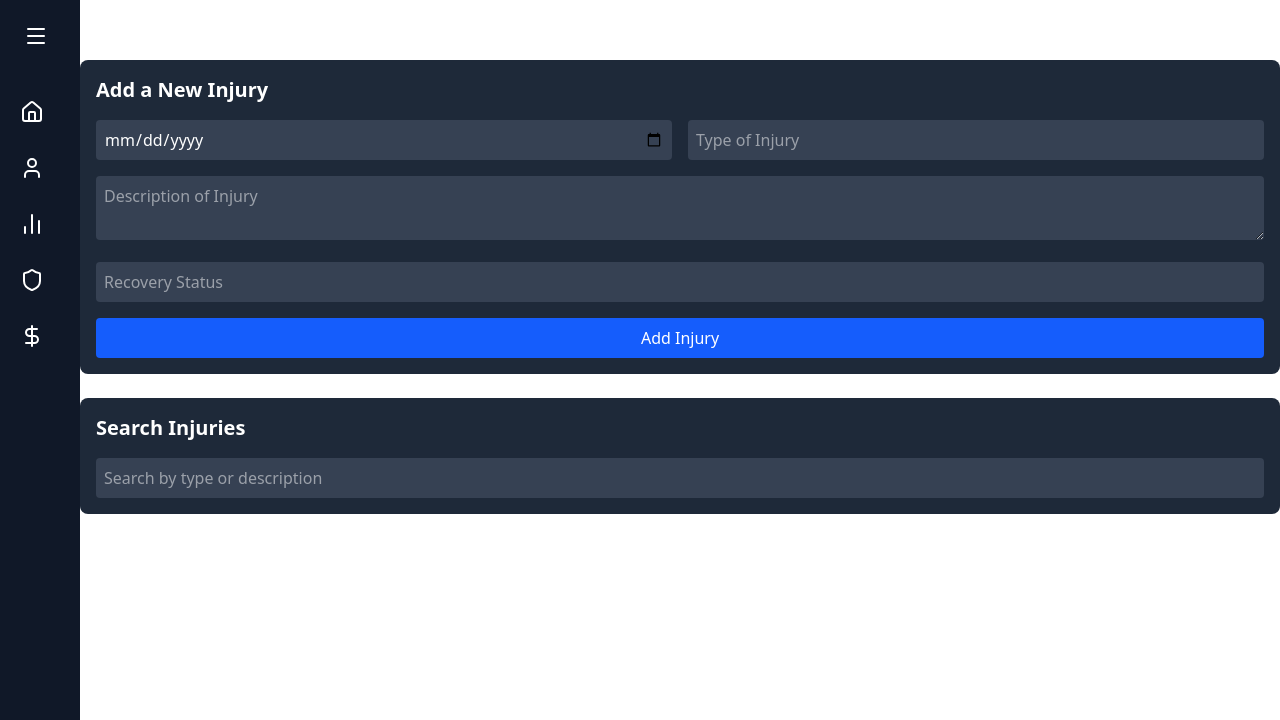
Repository: Shovon0004/Athlete
Page: /medical (app in Athlete/)
An editor plug-in stored every save of this project. The page is shown before and after the next save, followed by the edit.
The browser window is 1280 px wide. The pictures show the whole page.
The project was rebuilt for these pictures with package versions that can differ from the ones it lists, and the page was loaded fresh each time. Also part of the build but not shown: Athlete/vite.config.js, Athlete/src/components/FinanceActions.jsx, Athlete/src/components/EditableFinanceDashboard.jsx, Athlete/src/components/News.jsx, Athlete/src/components/SportsPage.jsx, Athlete/src/components/HeroPage.jsx.

Above is the page before, as saved 2025-01-28 22:14:00.

### Athlete/index.html
<!doctype html>
<html lang="en">
  <head>
    <meta charset="UTF-8" />
    <link rel="icon" type="image/svg+xml" href="/12.png" />
    <meta name="viewport" content="width=device-width, initial-scale=1.0" />
    <title>Khiladi.co</title>
  </head>
  <body>
    <div id="root"></div>
    <script type="module" src="/src/main.jsx"></script>
  </body>
</html>

### Athlete/src/App.jsx
import React from 'react';
import { BrowserRouter as Router, Route, Routes } from 'react-router-dom';
import SideNavbar from './components/SideNavbar';
import EditableFinanceDashboard from './components/EditableFinanceDashboard';
import HeroPage from './components/HeroPage';
import Medical from './components/Medical';

const App = () => {
  return (
    <Router>
      <div className="flex">
        <SideNavbar />

        <div className="ml-20 flex-grow ">
          <Routes>
            <Route path="/" element={<HeroPage />} />
            <Route path="/financial" element={<EditableFinanceDashboard />} />
            <Route path="/medical" element={<Medical />} />

            {/* Add other routes as needed */}
          </Routes>
        </div>
      </div>
    </Router>
  );
};

export default App;

### Athlete/src/components/SideNavbar.jsx
import React, { useState } from 'react';
import {
  Home,
  User,
  BarChart2,
  Shield,
  DollarSign,
  Menu
} from 'lucide-react';

const SideNavbar = () => {
  const [isExpanded, setIsExpanded] = useState(false);

  const navItems = [
    { icon: Home, label: 'Dashboard', href: '/' },
    { icon: User, label: 'Athletes', href: '/athletes' },
    { icon: BarChart2, label: 'Performance', href: '/performance' },
    { icon: Shield, label: 'Injuries', href: '/Medical' },
    { icon: DollarSign, label: 'Financial', href: '/financial' }
  ];

  return (
    <div
      className={`h-screen bg-gray-900 text-white transition-all duration-300
        ${isExpanded ? 'w-64' : 'w-20'} fixed left-0 top-0 z-50`}
    >
      <div className="flex flex-col h-full">
        {/* Logo & Toggle */}
        <div className="flex items-center justify-between p-4  border-orange-700">
          {isExpanded && (
            <div className="text-xl font-bold">Khiladi</div>
          )}
          <button
            onClick={() => setIsExpanded(!isExpanded)}
            className="hover:bg-orange-700 p-2 rounded"
          >
            <Menu />
          </button>
        </div>

        {/* Navigation Items */}
        <nav className="flex-grow mt-4">
          <ul className="space-y-2">
            {navItems.map((item, index) => (
              <li key={index}>
                <a
                  href={item.href}
                  className={`flex items-center p-3 hover:bg-orange-700
                    ${isExpanded ? 'justify-start px-6' : 'justify-center'}`}
                >
                  <item.icon className="mr-4" />
                  {isExpanded && <span>{item.label}</span>}
                </a>
              </li>
            ))}
          </ul>
        </nav>
      </div>
    </div>
  );
};

export default SideNavbar;

### Athlete/src/components/Medical.jsx
import React, { useState } from "react";
import { motion } from "framer-motion";

const Medical = () => {
  const [injuries, setInjuries] = useState([]);
  const [newInjury, setNewInjury] = useState({
    date: "",
    type: "",
    description: "",
    recoveryStatus: "",
  });
  const [searchTerm, setSearchTerm] = useState("");
  const [filteredInjuries, setFilteredInjuries] = useState([]);

  const handleInputChange = (e) => {
    const { name, value } = e.target;
    setNewInjury({ ...newInjury, [name]: value });
  };

  const addInjury = () => {
    if (newInjury.date && newInjury.type) {
      const updatedInjuries = [...injuries, { ...newInjury, id: Date.now() }];
      setInjuries(updatedInjuries);
      setFilteredInjuries(updatedInjuries);
      setNewInjury({ date: "", type: "", description: "", recoveryStatus: "" });
    }
  };

  const handleSearch = (e) => {
    const term = e.target.value;
    setSearchTerm(term);
    if (term) {
      setFilteredInjuries(
        injuries.filter(
          (injury) =>
            injury.type.toLowerCase().includes(term.toLowerCase()) ||
            injury.description.toLowerCase().includes(term.toLowerCase())
        )
      );
    } else {
      setFilteredInjuries(injuries);
    }
  };

  const deleteInjury = (id) => {
    const updatedInjuries = injuries.filter((injury) => injury.id !== id);
    setInjuries(updatedInjuries);
    setFilteredInjuries(updatedInjuries);
  };

  return (
    <div className=" max-w-full h-0  bg-gray-900 text-white">
      <motion.h1
        className="text-3xl font-bold mb-6 text-center"
        initial={{ opacity: 0, y: -50 }}
        animate={{ opacity: 1, y: 0 }}
      >
        Athlete Medical Tracker
      </motion.h1>

      <div className="mb-6 p-4 rounded-lg bg-gray-800">
        <h2 className="text-xl font-semibold mb-4">Add a New Injury</h2>
        <div className="grid grid-cols-1 gap-4 sm:grid-cols-2">
          <input
            type="date"
            name="date"
            value={newInjury.date}
            onChange={handleInputChange}
            className="p-2 rounded bg-gray-700 text-white"
            placeholder="Date of Injury"
          />
          <input
            type="text"
            name="type"
            value={newInjury.type}
            onChange={handleInputChange}
            className="p-2 rounded bg-gray-700 text-white"
            placeholder="Type of Injury"
          />
        </div>
        <textarea
          name="description"
          value={newInjury.description}
          onChange={handleInputChange}
          className="mt-4 p-2 w-full rounded bg-gray-700 text-white"
          placeholder="Description of Injury"
        ></textarea>
        <input
          type="text"
          name="recoveryStatus"
          value={newInjury.recoveryStatus}
          onChange={handleInputChange}
          className="mt-4 p-2 w-full rounded bg-gray-700 text-white"
          placeholder="Recovery Status"
        />
        <button
          onClick={addInjury}
          className="mt-4 w-full p-2 bg-blue-600 hover:bg-blue-700 rounded text-white"
        >
          Add Injury
        </button>
      </div>

      <div className="mb-6 p-4 rounded-lg bg-gray-800">
        <h2 className="text-xl font-semibold mb-4">Search Injuries</h2>
        <input
          type="text"
          value={searchTerm}
          onChange={handleSearch}
          className="p-2 w-full rounded bg-gray-700 text-white"
          placeholder="Search by type or description"
        />
      </div>

      <div className="space-y-4">
        {filteredInjuries.map((injury) => (
          <div key={injury.id} className="p-4 rounded-lg bg-gray-800">
            <h3 className="text-lg font-bold">{injury.type}</h3>
            <p className="text-sm text-gray-400">Date: {injury.date}</p>
            <p className="mt-2">{injury.description}</p>
            <p className="mt-2 text-sm font-medium text-green-400">
              Recovery Status: {injury.recoveryStatus || "Not updated"}
            </p>
            <button
              onClick={() => deleteInjury(injury.id)}
              className="mt-4 p-2 bg-red-600 hover:bg-red-700 rounded text-white"
            >
              Delete
            </button>
          </div>
        ))}
      </div>
    </div>
  );
};

export default Medical;

Loaded but not shown: Athlete/src/main.jsx (common file); Athlete/src/index.css (common file)

After the next save:
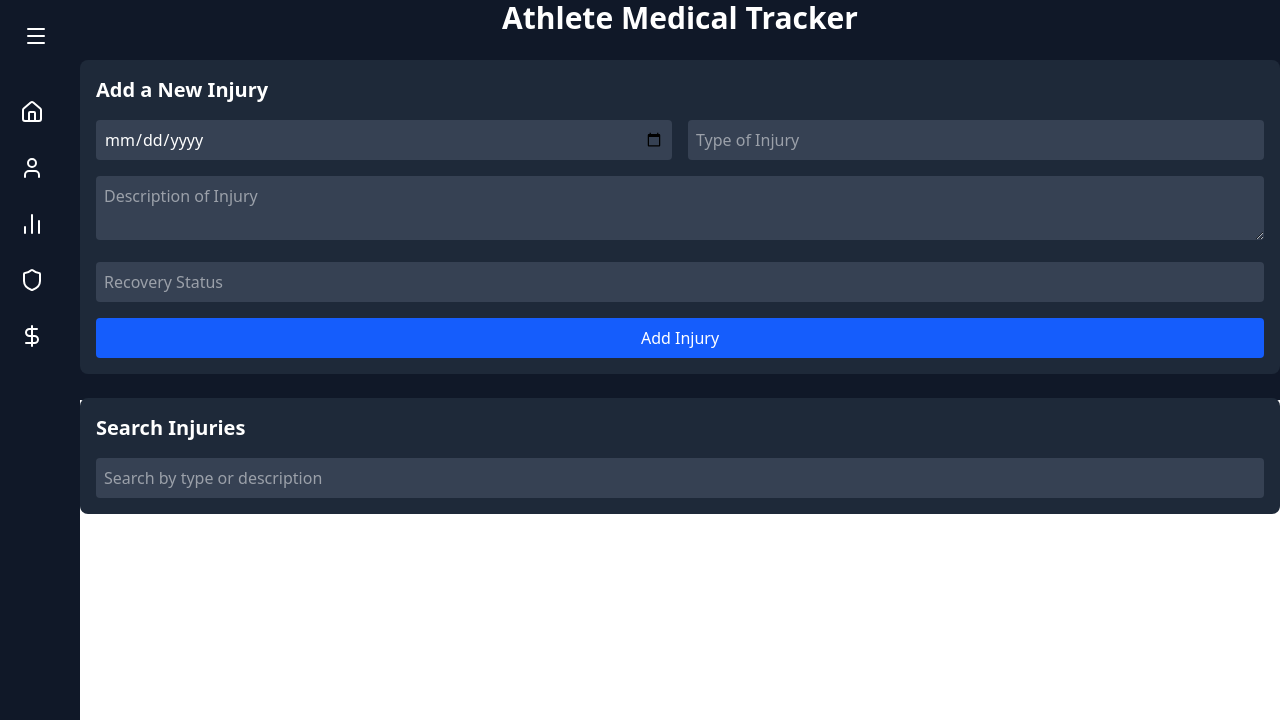
Saved 4 s later.
--- a/Athlete/src/components/Medical.jsx
+++ b/Athlete/src/components/Medical.jsx
@@ -49,7 +49,7 @@
   };
 
   return (
-    <div className=" max-w-full h-0  bg-gray-900 text-white">
+    <div className=" max-w-full h-100  bg-gray-900 text-white">
       <motion.h1
         className="text-3xl font-bold mb-6 text-center"
         initial={{ opacity: 0, y: -50 }}
